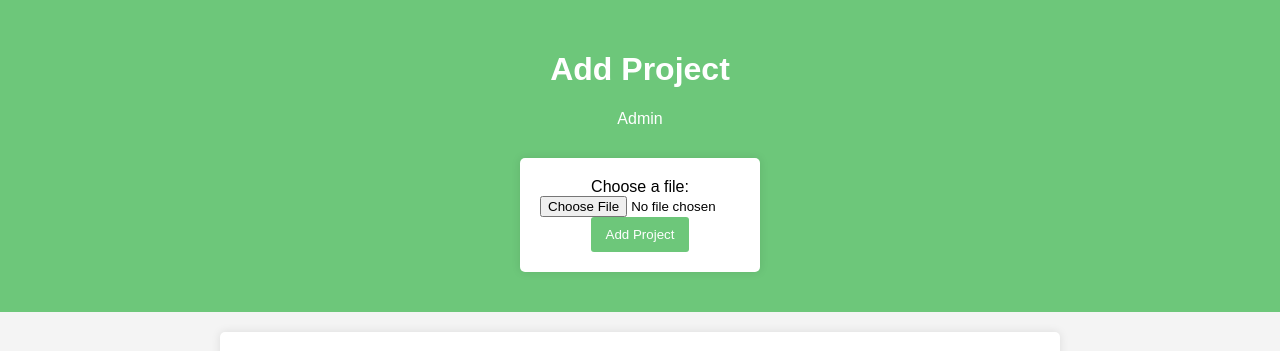
Repository: Tanmay-Kayande/Myportfolio
Page: http://localhost/myproject/read-message.jsp
The author's editor kept a copy of each file at every save. The page is drawn from the files as they stood at one save, then again after the next save.
The browser window is 1280 px wide. The pictures show the whole page.
The page is served by Tomcat 9. The session is filled in as if someone had signed in: {"login": "exist"}. Other server files are loaded and not shown.

Above is the page before, as saved 2024-02-13 13:46:09.

### myproject/src/main/webapp/read-message.jsp
<%@page import="com.pojo.Projectpojo"%>
<%@page import="java.util.ArrayList"%>
<%@page import="com.dao.ProjectDao"%>
<%
String value = (String) session.getAttribute("login");
if (value == null) {
    response.sendRedirect("login.jsp");
    return;
}
%>

<%@ page language="java" contentType="text/html; charset=UTF-8" pageEncoding="UTF-8"%>
<!DOCTYPE html>
<html lang="en">
<head>
    <meta charset="UTF-8">
    <meta name="viewport" content="width=device-width, initial-scale=1.0">
    <title>Add Project</title>
    <style>
        body {
            font-family: Arial, sans-serif;
            background-color: #f4f4f4;
            margin: 0;
            padding: 0;
            box-sizing: border-box;
            text-align: center;
        }

        header {
            background-color: #6dc77a;
            color: #fff;
            padding: 10px;
        }

        .add-project {
            max-width: 200px;
            margin: 20px auto;
            background-color: #fff;
            padding: 20px;
            box-shadow: 0 0 10px rgba(0, 0, 0, 0.1);
            border-radius: 5px;
            text-align: center;
        }

        .read-projects {
            max-width: 800px;
            margin: 20px auto;
            background-color: #fff;
            padding: 20px;
            box-shadow: 0 0 10px rgba(0, 0, 0, 0.1);
            border-radius: 5px;
            text-align: center;
        }

        .project-list {
            display: flex;
            flex-wrap: wrap;
            justify-content: space-around;
        }

        .project-item {
            width: 48%;
            margin-bottom: 20px;
        }

        .project-item img {
            max-width: 100%;
            height: auto;
            border-radius: 5px;
            box-shadow: 0 0 5px rgba(0, 0, 0, 0.1);
        }

        .project-item form {
            display: flex;
            justify-content: space-between;
            margin-top: 10px;
        }

        button {
            background-color: #6dc77a;
            color: #fff;
            padding: 10px 15px;
            border: none;
            border-radius: 3px;
            cursor: pointer;
        }

        #message-container {
            margin-top: 20px;
        }

        .upper-part-wrapper {
            background-color: #6dc77a;
            padding: 20px;
            margin-bottom: 20px;
        }
    </style>
    <script type="text/javascript">
        function ensure() {
            return confirm("ARE YOU SURE!!!");
        }
    </script>
</head>
<body>
    <div class="upper-part-wrapper">
        <header>
            <h1>Add Project</h1>
            <a href="admin.jsp" style="color: #fff; text-decoration: none;">Admin</a>
        </header>
        <div id="message-container">
            <%@include file="message.jsp" %>
        </div>

        <!-- Add Project Section -->
        <div class="add-project">
            <form action="Project" method="post" enctype="multipart/form-data">
                <label for="myfile">Choose a file:</label>
                <input type="file" id="myfile" name="myfile"><br>
                <button type="submit">Add Project</button>
            </form>
        </div>
    </div>

    <!-- Read Project Section -->
    <div class="read-projects">
        <div class="project-list">
            <%
                ArrayList<Object> al = new ProjectDao().read();
                for(Object o:al){
                    Projectpojo p = (Projectpojo)o;
            %>
                <div class="project-item">
                    <img src="images/myprojects/<%=p.getFilename()%>" class="img-fluid" alt="project image">
                    <form action="Project" method="post" onsubmit="return ensure();">
                        <input type="hidden" name="check" value="delete">
                        <input type="hidden" name="sn" value="<%=p.getSn()%>">
                        <input type="hidden" name="filename" value="<%=p.getFilename()%>">
                        <button type="submit">Delete</button>
                    </form>
                </div>
            <%
                }
            %>
        </div>
    </div>
</body>
</html>

### myproject/src/main/webapp/message.jsp

<%
	String message =(String) session.getAttribute("msg");
	if(message!= null){

		if(message.equals("Message sent successfully")){
%>
		<h1 style="text-align: center; color: blue"><%=message %></h1>
<%
		}
		else{
%>
		<h1 style="text-align: center; color: red"><%=message %></h1>
<%
		}
	}
	session.removeAttribute("msg");
%>

### myproject/src/main/java/com/dao/InsertDao.java
package com.dao;

import java.util.ArrayList;

public interface InsertDao {

	public String Insert(ArrayList<Object> al);
}

### myproject/src/main/java/com/dao/ReadDao.java
package com.dao;

import java.util.ArrayList;

public interface ReadDao {

	public ArrayList<Object> read();
}

### myproject/src/main/java/com/dao/DeleteDao.java
package com.dao;

public interface DeleteDao {

	public String delete(int sn);
}

### myproject/src/main/java/com/dao/UpdateDao.java
package com.dao;

import java.util.ArrayList;

public interface UpdateDao {

	public String update(ArrayList<Object> al);
}

### myproject/src/main/java/com/dao/ProjectDao.java
package com.dao;

import java.sql.Connection;
import java.sql.PreparedStatement;
import java.sql.ResultSet;
import java.time.LocalDateTime;
import java.util.ArrayList;

import javax.servlet.http.Part;

import com.fileIO.ProjectIO;
import com.pojo.Projectpojo;

public class ProjectDao implements InsertDao, ReadDao, DeleteDao, UpdateDao  {

	private Connection connection;
	private String sql;
	private PreparedStatement prepareStatement;
	private int row;
	private String result;
	private ResultSet rs;

	@SuppressWarnings("finally")
	@Override
	public String Insert(ArrayList<Object> al) {

		try {

			String filename = (String) al.get(0);
			String formatname = format(filename);

			connection = ConnectionFactory.getConnection();
			connection.setAutoCommit(false);
			sql = "insert into project(filename) value (?)";
			prepareStatement = connection.prepareStatement(sql);
			prepareStatement.setString(1, formatname);
			row = prepareStatement.executeUpdate();
			if(row == 1) {
				boolean write = new ProjectIO().write(formatname,(Part) al.get(1));
				if(write==true) {

					connection.commit();
					result = "inserted";
				}
				else {
					connection.rollback();
					result = "failed";
				}
			}

		} catch (Exception e) {
			result = "failed";
			e.printStackTrace();
		} finally {

			return result;
		}
	}

	private String format(String filename) {

		String formatfilename = LocalDateTime.now().toString() + filename;
		String[] split = formatfilename.split(":");
		return split[0] + split[1] + split[2];

	}

	@SuppressWarnings("finally")
	@Override
	public ArrayList<Object> read() {

		ArrayList<Object> al = new ArrayList<>();
		try {

			connection = ConnectionFactory.getConnection();
			sql = "select * from project";
			prepareStatement = connection.prepareStatement(sql);
			rs = prepareStatement.executeQuery();
			while(rs.next()) {

				Projectpojo p = new Projectpojo(rs.getInt("sn"),rs.getString("filename"));
				al.add(p);
			}

		} catch (Exception e) {

			e.printStackTrace();
		}
		finally {

			return al;
		}

	}

	@SuppressWarnings("finally")
	public int count() {

		int no_of_projects = 0;
		try {
			connection = ConnectionFactory.getConnection();
			sql = "select count(*) as count from project";
			prepareStatement = connection.prepareStatement(sql);
			rs = prepareStatement.executeQuery();
			rs.next();
			no_of_projects = rs.getInt("count");

		} catch (Exception e) {
			e.printStackTrace();
		}
		finally {

			return no_of_projects;
		}

}

	@SuppressWarnings("finally")
	@Override
	public String delete(int sn) {

		try {

			connection = ConnectionFactory.getConnection();
			sql = "delete from project where sn = ?";
			prepareStatement = connection.prepareStatement(sql);
			prepareStatement.setInt(1, sn);
			row = prepareStatement.executeUpdate();
			if(row==1) {
				result = "deleted";
			}

		} catch (Exception e) {
			result = "failed";
			e.printStackTrace();
		}
		finally {

			return result;
		}
	}

	@SuppressWarnings("finally")
	@Override
	public String update(ArrayList<Object> al) {

		String filename = (String) al.get(3);
		String formatname = format(filename);
		try {
			connection = ConnectionFactory.getConnection();
			connection.setAutoCommit(false);
			sql = "update project set filename =? where sn =?";
			prepareStatement = connection.prepareStatement(sql);
			prepareStatement.setString(1, formatname);
			prepareStatement.setInt(2, (int) al.get(2));
			row = prepareStatement.executeUpdate();

			if(row == 1) {
				boolean update = new ProjectIO().update(formatname,(Part) al.get(1));
				if(update==true) {

					connection.commit();
					result = "updated";
				}
				else {
					connection.rollback();
					result = "failed";
				}
			}

		} catch (Exception e) {
			e.printStackTrace();
		}
		finally {

			return result;
		}
	}
}

### myproject/src/main/java/com/dao/ConnectionFactory.java
package com.dao;

import java.sql.Connection;

import com.mysql.cj.jdbc.MysqlDataSource;

public class ConnectionFactory {

	private static Connection connection;
	@SuppressWarnings("finally")
	public static Connection getConnection() {
		try {

			MysqlDataSource mysql = new MysqlDataSource();
			mysql.setUrl("jdbc:mysql://localhost:3306/myportfolio");
			mysql.setUser("root");
			mysql.setPassword("pass");

			connection = mysql.getConnection();


		} catch (Exception e) {

			e.printStackTrace();
		}
		finally {
			return connection;
		}

	}


}

After the next save:
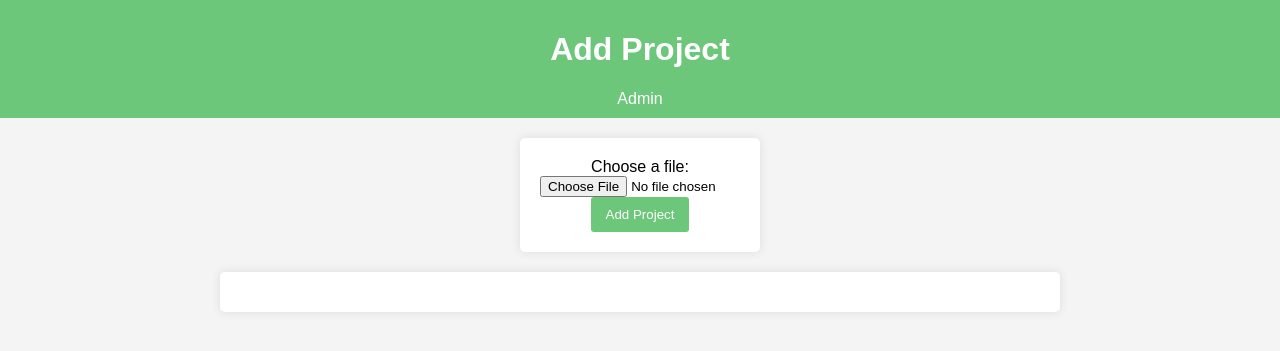
Saved 116 s later.
--- a/myproject/src/main/webapp/read-message.jsp
+++ b/myproject/src/main/webapp/read-message.jsp
@@ -88,12 +88,6 @@ if (value == null) {
         #message-container {
             margin-top: 20px;
         }
-
-        .upper-part-wrapper {
-            background-color: #6dc77a;
-            padding: 20px;
-            margin-bottom: 20px;
-        }
     </style>
     <script type="text/javascript">
         function ensure() {
@@ -102,23 +96,21 @@ if (value == null) {
     </script>
 </head>
 <body>
-    <div class="upper-part-wrapper">
-        <header>
-            <h1>Add Project</h1>
-            <a href="admin.jsp" style="color: #fff; text-decoration: none;">Admin</a>
-        </header>
-        <div id="message-container">
-            <%@include file="message.jsp" %>
-        </div>
+    <header>
+        <h1>Add Project</h1>
+        <a href="admin.jsp" style="color: #fff; text-decoration: none;">Admin</a>
+    </header>
+    <div id="message-container">
+        <%@include file="message.jsp" %>
+    </div>
 
-        <!-- Add Project Section -->
-        <div class="add-project">
-            <form action="Project" method="post" enctype="multipart/form-data">
-                <label for="myfile">Choose a file:</label>
-                <input type="file" id="myfile" name="myfile"><br>
-                <button type="submit">Add Project</button>
-            </form>
-        </div>
+    <!-- Add Project Section -->
+    <div class="add-project">
+        <form action="Project" method="post" enctype="multipart/form-data">
+            <label for="myfile">Choose a file:</label>
+            <input type="file" id="myfile" name="myfile"><br>
+            <button type="submit">Add Project</button>
+        </form>
     </div>
 
     <!-- Read Project Section -->
@@ -143,5 +135,6 @@ if (value == null) {
             %>
         </div>
     </div>
+
 </body>
 </html>
